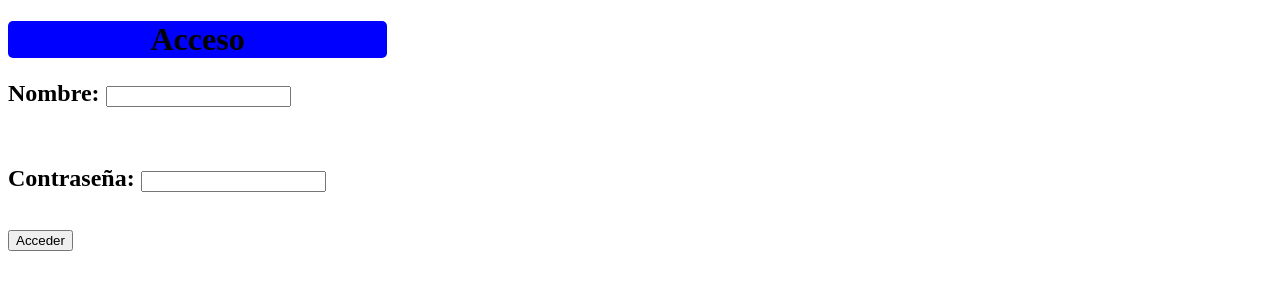
Repository: MateoSantander/Ejercicios4y5
Page: http://localhost/Ejercicio_4/JSP_login.jsp
These files come from the project's save history. The page is drawn as it stood at one moment and after the next save; the edit follows.
The browser window is 1280 px wide. The pictures show the whole page.
The page is served by Tomcat 9. Other server files are loaded and not shown.

Above is the page before, as saved 2022-03-18 13:26:26.

### Ejercicio_4/src/main/webapp/JSP_login.jsp
<%@ page language="java" contentType="text/html; charset=ISO-8859-1"
    pageEncoding="ISO-8859-1"%>
<!DOCTYPE html>
<html>
<head>
<meta charset="ISO-8859-1">
<title>acceso</title>
<link rel="stylesheet" href="css/design.css">
</head>
<body>
			<h1>Acceso</h1>
		<form action="login" method="post">
			<h2>Nombre: <input type="text" class="form-control" name="username"/></h2>
			<br/>
			<h2>Contraseña: <input type="password" class="form-control" name="password"/></h2>
			<br/>
			<input type="submit" value="Acceder">
		</form>
</body>
</html>

### Ejercicio_4/src/main/webapp/css/design.css
@charset "ISO-8859-1";

h1{
	 color:rgb(rgb(255, 0, 0), green, blue);
        text-align:center;
        width:30%;
        border-radius: 5px;
        background-color: blue;
}

After the next save:
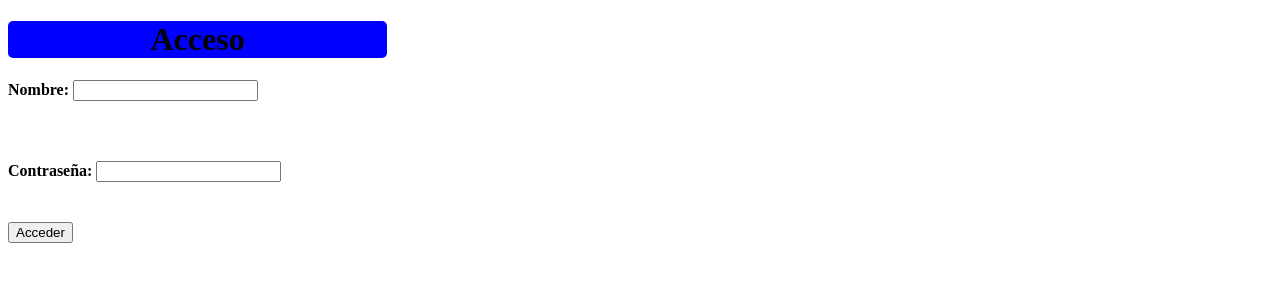
Saved 55 s later.
--- a/Ejercicio_4/src/main/webapp/JSP_login.jsp
+++ b/Ejercicio_4/src/main/webapp/JSP_login.jsp
@@ -10,9 +10,9 @@
 <body>
 			<h1>Acceso</h1>
 		<form action="login" method="post">
-			<h2>Nombre: <input type="text" class="form-control" name="username"/></h2>
+			<h4>Nombre: <input type="text" class="form-control" name="username"/></h4>
 			<br/>
-			<h2>Contraseña: <input type="password" class="form-control" name="password"/></h2>
+			<h4>Contraseña: <input type="password" class="form-control" name="password"/></h4>
 			<br/>
 			<input type="submit" value="Acceder">
 		</form>
